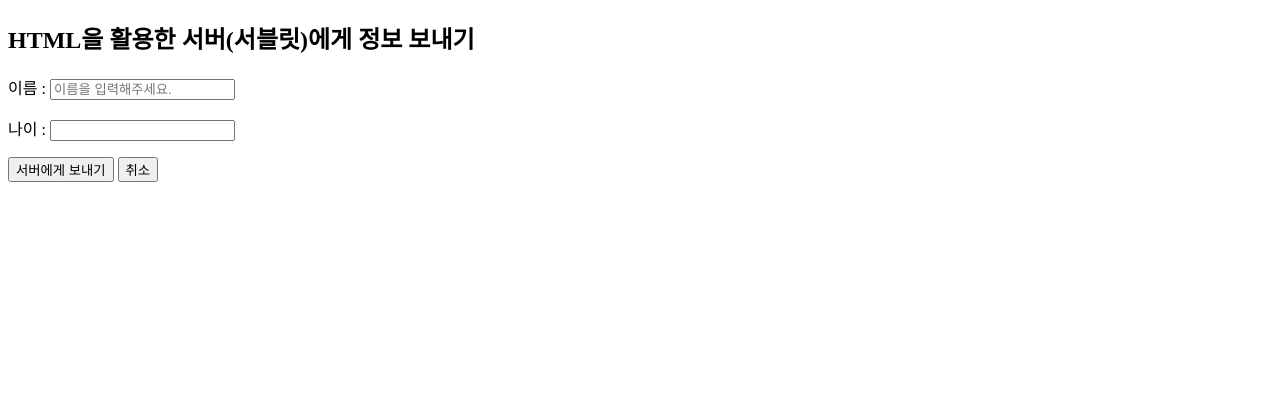
Repository: hagjun/jspstudy
Page: http://localhost/01_servlet/view/ex06.jsp
An editor plug-in stored every save of this project. The page is shown before and after the next save, followed by the edit.
The browser window is 1280 px wide. The pictures show the whole page.
The page is served by Tomcat 9. Other server files are loaded and not shown.

Above is the page before, as saved 2024-03-04 07:16:52.

### 01_servlet/src/main/webapp/view/ex06.jsp
<%@ page language="java" contentType="text/html; charset=UTF-8"
    pageEncoding="UTF-8"%>
<!DOCTYPE html>
<html>
<head>
<meta charset="UTF-8">
<title></title>
</head>
<body>
	<h2>HTML을 활용한 서버(서블릿)에게 정보 보내기</h2>
	<form action="/01_servlet/Ex06" method="post">
		<p>이름 : <input type="text" name="userName" required placeholder="이름을 입력해주세요."></p>
		<p>나이 : <input type="number" name="userAge" required></p>
		<input type="submit" value="서버에게 보내기">
		<input type="reset" value="취소">



	</form>
</body>
</html>

After the next save:
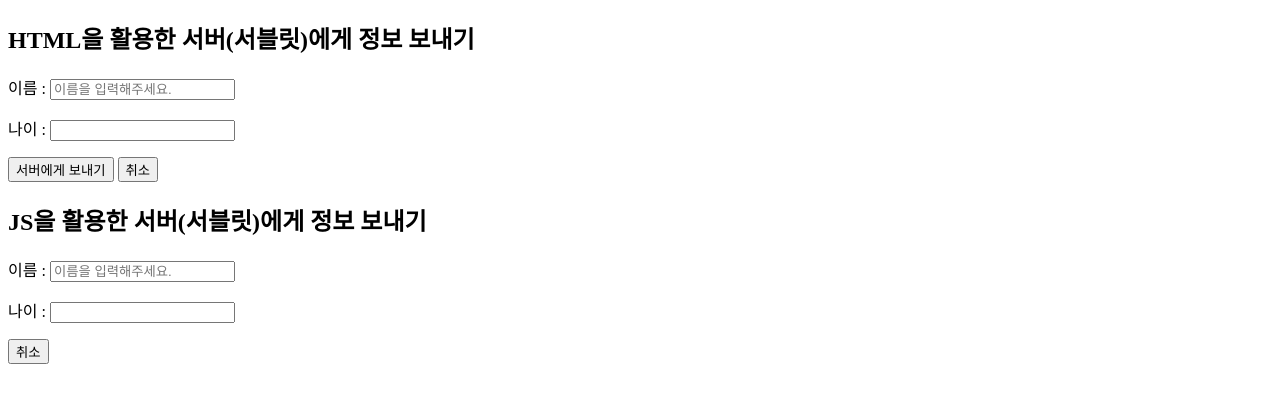
Saved 19 min 40 s later.
--- a/01_servlet/src/main/webapp/view/ex06.jsp
+++ b/01_servlet/src/main/webapp/view/ex06.jsp
@@ -13,9 +13,13 @@
 		<p>나이 : <input type="number" name="userAge" required></p>
 		<input type="submit" value="서버에게 보내기">
 		<input type="reset" value="취소">
-
-
-
+	</form>
+	<h2>JS을 활용한 서버(서블릿)에게 정보 보내기</h2>
+	<form action="/01_servlet/Ex06" method="post">
+		<p>이름 : <input type="text" name="userName" required placeholder="이름을 입력해주세요."></p>
+		<p>나이 : <input type="number" name="userAge" required></p>
+		<!-- <input type="submit" value="서버에게 보내기"> -->
+		<input type="reset" value="취소">
 	</form>
 </body>
 </html>
